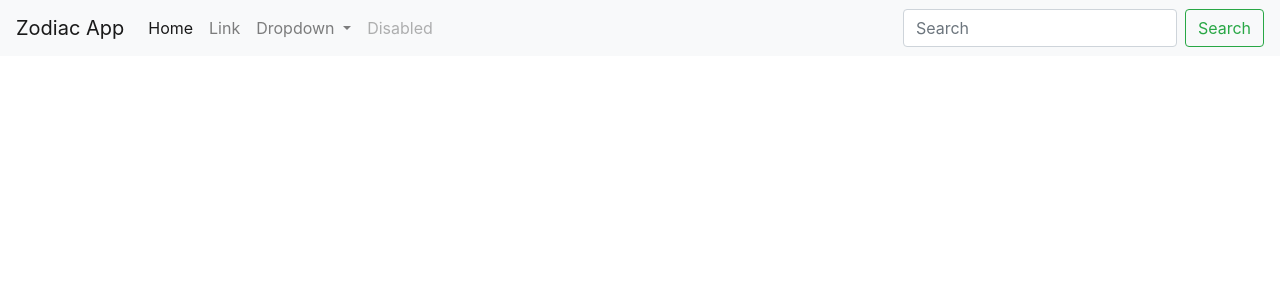
Repository: robertkameni/Zodiac-App
Page: client/index.html
The author's editor kept a copy of each file at every save. The page is drawn from the files as they stood at one save, then again after the next save.
The browser window is 1280 px wide. The pictures show the whole page.

Above is the page before, as saved 2019-06-16 12:45:32.

### client/index.html
<!DOCTYPE html>
<html lang="en">

<head>
    <meta charset="UTF-8">
    <meta name="viewport" content="width=device-width, initial-scale=1.0">
    <meta http-equiv="X-UA-Compatible" content="ie=edge">
    <link rel="stylesheet" href="./css/style.css">
    <link rel="stylesheet" href="https://stackpath.bootstrapcdn.com/bootstrap/4.3.1/css/bootstrap.min.css"
        integrity="sha384-ggOyR0iXCbMQv3Xipma34MD+dH/1fQ784/j6cY/iJTQUOhcWr7x9JvoRxT2MZw1T" crossorigin="anonymous">

    <title>Your Dailly Horoscope</title>
</head>

<body>
    <nav class="navbar navbar-expand-lg navbar-light bg-light">
        <a class="navbar-brand" href="/">Zodiac App</a>
        <button class="navbar-toggler" type="button" data-toggle="collapse" data-target="#navbarSupportedContent"
            aria-controls="navbarSupportedContent" aria-expanded="false" aria-label="Toggle navigation">
            <span class="navbar-toggler-icon"></span>
        </button>

        <div class="collapse navbar-collapse" id="navbarSupportedContent">
            <ul class="navbar-nav mr-auto">
                <li class="nav-item active">
                    <a class="nav-link" href="#">Home <span class="sr-only">(current)</span></a>
                </li>
                <li class="nav-item">
                    <a class="nav-link" href="#">Link</a>
                </li>
                <li class="nav-item dropdown">
                    <a class="nav-link dropdown-toggle" href="#" id="navbarDropdown" role="button"
                        data-toggle="dropdown" aria-haspopup="true" aria-expanded="false">
                        Dropdown
                    </a>
                    <div class="dropdown-menu" aria-labelledby="navbarDropdown">
                        <a class="dropdown-item" href="#">Action</a>
                        <a class="dropdown-item" href="#">Another action</a>
                        <div class="dropdown-divider"></div>
                        <a class="dropdown-item" href="#">Something else here</a>
                    </div>
                </li>
                <li class="nav-item">
                    <a class="nav-link disabled" href="#" tabindex="-1" aria-disabled="true">Disabled</a>
                </li>
            </ul>
            <form class="form-inline my-2 my-lg-0">
                <input class="form-control mr-sm-2" type="search" placeholder="Search" aria-label="Search">
                <button class="btn btn-outline-success my-2 my-sm-0" type="submit">Search</button>
            </form>
        </div>
    </nav>


    <script src="https://code.jquery.com/jquery-3.3.1.slim.min.js"
        integrity="sha384-q8i/X+965DzO0rT7abK41JStQIAqVgRVzpbzo5smXKp4YfRvH+8abtTE1Pi6jizo"
        crossorigin="anonymous"></script>
    <script src="https://cdnjs.cloudflare.com/ajax/libs/popper.js/1.14.7/umd/popper.min.js"
        integrity="sha384-UO2eT0CpHqdSJQ6hJty5KVphtPhzWj9WO1clHTMGa3JDZwrnQq4sF86dIHNDz0W1"
        crossorigin="anonymous"></script>
    <script src="https://stackpath.bootstrapcdn.com/bootstrap/4.3.1/js/bootstrap.min.js"
        integrity="sha384-JjSmVgyd0p3pXB1rRibZUAYoIIy6OrQ6VrjIEaFf/nJGzIxFDsf4x0xIM+B07jRM"
        crossorigin="anonymous"></script>
    <script src="./js/main.js"></script>
</body>

</html>

Loaded but not shown: client/js/main.js (no stored copy; drawn as an empty file); client/css/style.css (no stored copy; drawn as an empty file)

After the next save:
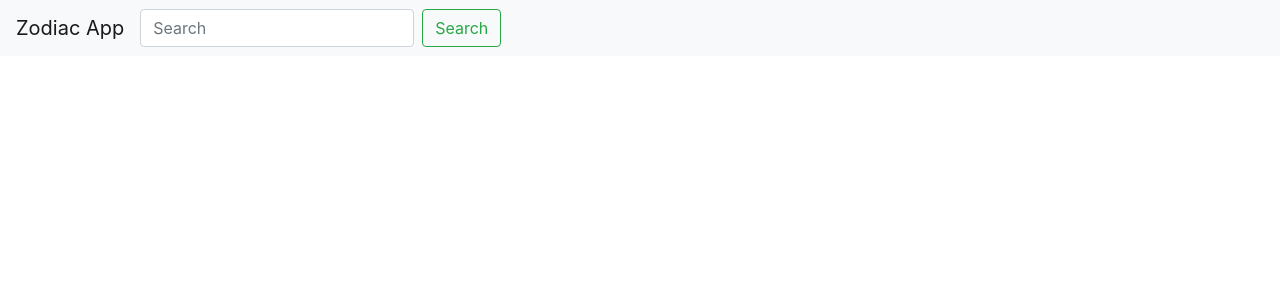
Saved 56 s later.
--- a/client/index.html
+++ b/client/index.html
@@ -21,29 +21,7 @@
         </button>
 
         <div class="collapse navbar-collapse" id="navbarSupportedContent">
-            <ul class="navbar-nav mr-auto">
-                <li class="nav-item active">
-                    <a class="nav-link" href="#">Home <span class="sr-only">(current)</span></a>
-                </li>
-                <li class="nav-item">
-                    <a class="nav-link" href="#">Link</a>
-                </li>
-                <li class="nav-item dropdown">
-                    <a class="nav-link dropdown-toggle" href="#" id="navbarDropdown" role="button"
-                        data-toggle="dropdown" aria-haspopup="true" aria-expanded="false">
-                        Dropdown
-                    </a>
-                    <div class="dropdown-menu" aria-labelledby="navbarDropdown">
-                        <a class="dropdown-item" href="#">Action</a>
-                        <a class="dropdown-item" href="#">Another action</a>
-                        <div class="dropdown-divider"></div>
-                        <a class="dropdown-item" href="#">Something else here</a>
-                    </div>
-                </li>
-                <li class="nav-item">
-                    <a class="nav-link disabled" href="#" tabindex="-1" aria-disabled="true">Disabled</a>
-                </li>
-            </ul>
+
             <form class="form-inline my-2 my-lg-0">
                 <input class="form-control mr-sm-2" type="search" placeholder="Search" aria-label="Search">
                 <button class="btn btn-outline-success my-2 my-sm-0" type="submit">Search</button>
